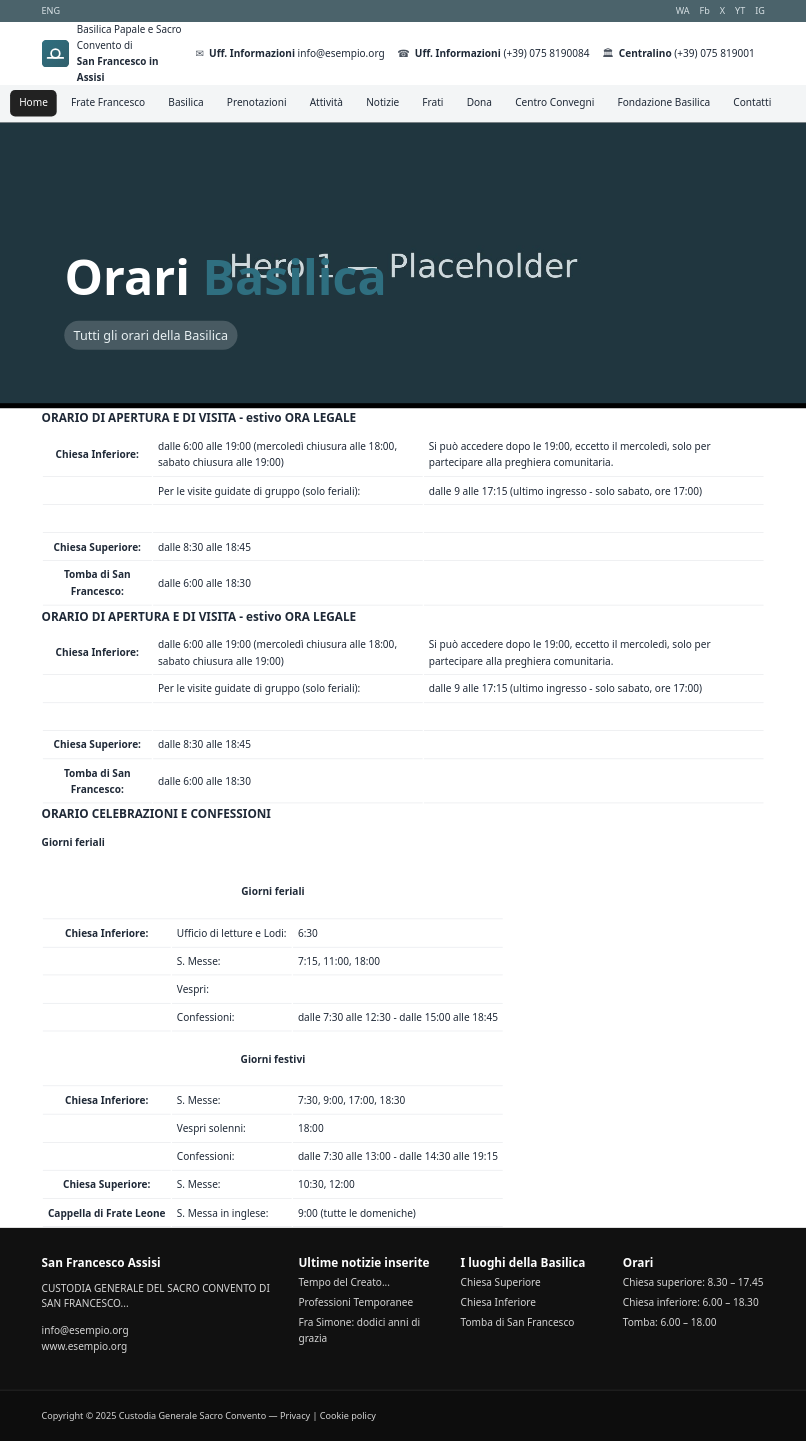
Repository: leacappello/basilica-platform-project
Page: pages/orari.html
An editor plug-in stored every save of this project. The page is shown before and after the next save, followed by the edit.
The browser window is 1280 px wide. The pictures show the whole page, at 63% of full size.

Above is the page before, as saved 2025-09-15 12:31:02.
Console error (its wording comes from the project's code and is left out).

After the next save:
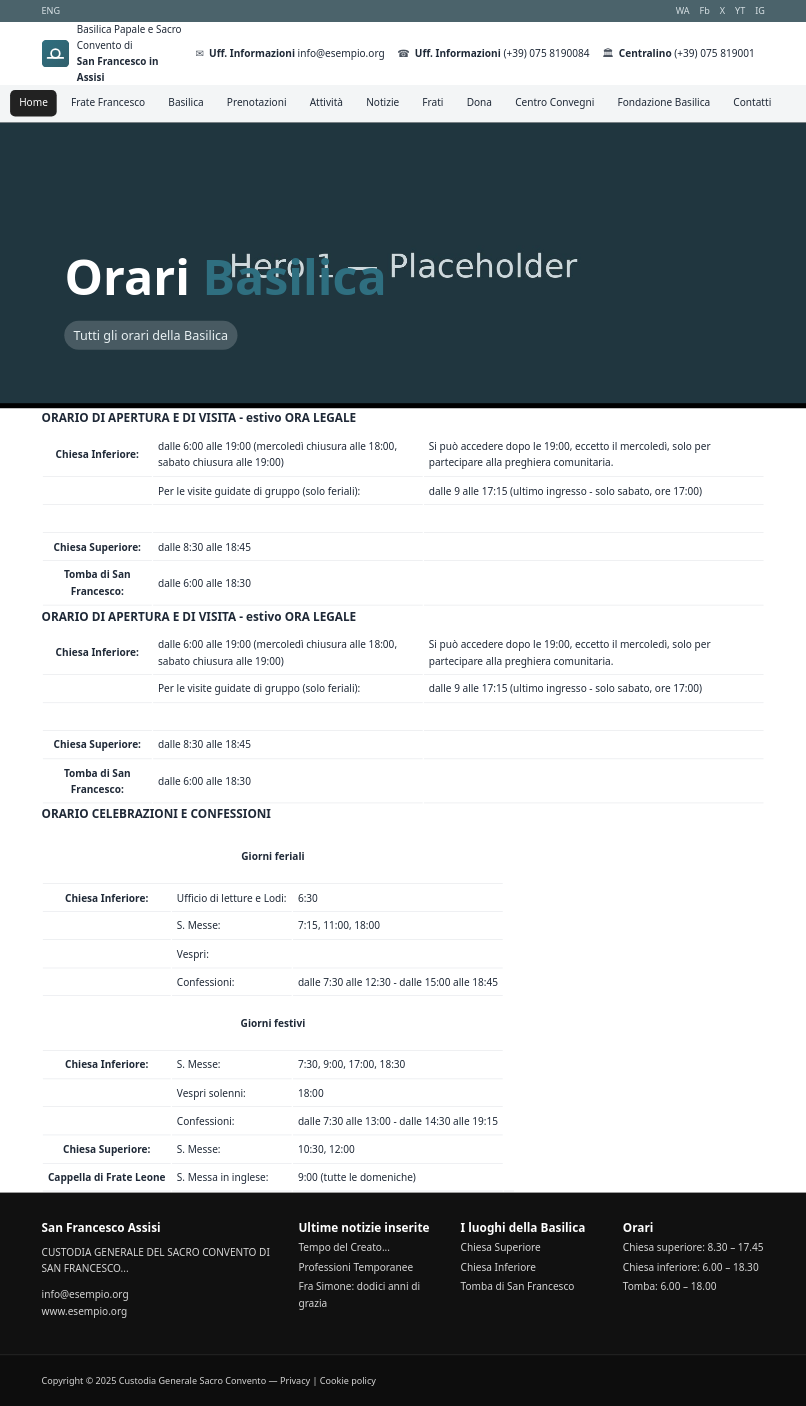
Saved 12 s later.
--- a/pages/orari.html
+++ b/pages/orari.html
@@ -232,14 +232,16 @@
                         </table>
 
 
-
                         <h3>ORARIO CELEBRAZIONI E CONFESSIONI</h3>
-                         <h4>Giorni feriali</h4>
-                         <table class="orari">
+                        <table class="orari">
                             <tbody>
+                                <tr>
                                     <th colspan="3">
+                                        <center>
                                             <h4>Giorni feriali</h4>
+                                        </center>
                                     </th>
+                                </tr>
                                 <tr>
                                     <th>Chiesa Inferiore:</th>
                                     <td>Ufficio di letture e Lodi:</td>
@@ -263,7 +265,9 @@
 
                                 <tr>
                                     <th colspan="3">
+                                        <center>
                                             <h4>Giorni festivi</h4>
+                                        </center>
                                     </th>
                                 </tr>
                                 <tr>
@@ -290,6 +294,7 @@
                                     <th>Cappella di Frate Leone</th>
                                     <td>S. Messa in inglese:</td>
                                     <td>9:00 (tutte le domeniche)</td>
+                                    <td></td>
                                 </tr>
                             </tbody>
                         </table>
